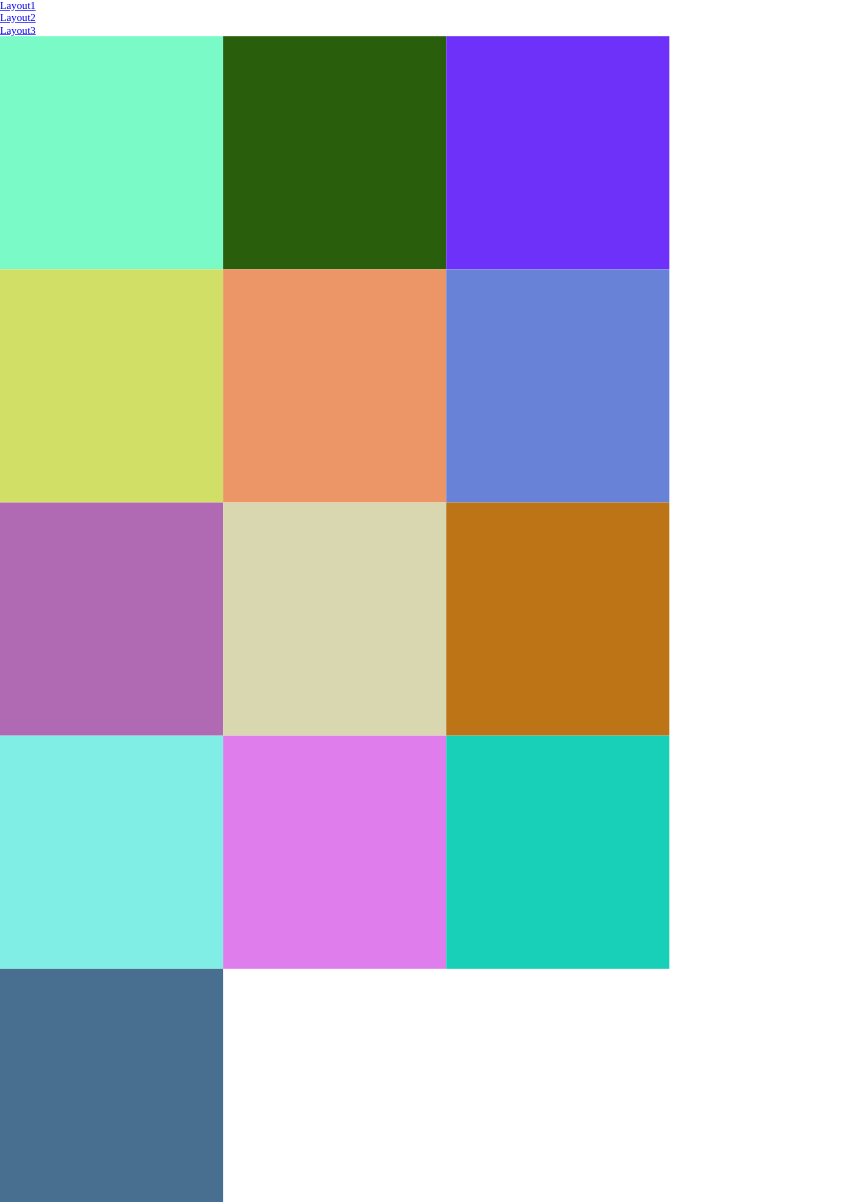
Repository: baliayassin/MyGame
Page: Documents/Aptana Studio 3 Workspace/homeWork2/layOut3.html
The author's editor kept a copy of each file at every save. The page is drawn from the files as they stood at one save, then again after the next save.
The browser window is 1280 px wide. The pictures show the whole page, at 67% of full size.

Above is the page before, as saved 2017-12-13 10:28:33.

### Documents/Aptana Studio 3 Workspace/homeWork2/layOut3.html
<!DOCTYPE html >
<html>



	<head>

		<title> HomeWork2</title>
		<link rel="stylesheet" href="includes/style.css" />

		<meta charset="utf-8" />
	</head>

	<body id="wrapper3">

		<header>
	       <a href="layOut3.html"> </a>
        </header>


<main>
   <nav>
				<ul>
					<li> <a href="index.html">Layout1 </a> </li>
					<li> <a href="layOut2.html">Layout2 </a></li>
					<li><span> <a href="layOut3">Layout3 </a> </span></li>

				</ul>


			</nav>
			<article id="boxes">

				 </article>


		</main>



		<script src="includes/main.js"></script>


	</body>




</html>

### Documents/Aptana Studio 3 Workspace/homeWork2/includes/style.css
*{
	margin:0px;
	padding: 0px;
}

main, nav, aside, footer, section, article, header {
	display:  block;

}

#wrapper {
	margin: 0px auto;
	width: 1000px;
}
#wrapper header{

	height:192px;
	background: #d6d6d6;

}

#wrapper header a{

	width:102px;
	height:102px;
	background-image:url("../images/star.png");
	position:relative;
	display:block;
	margin:0px auto;
	top: 40px;
    background-repeat: no-repeat;


}


#wrapper nav {

	height: 62px;
	background: #337AB7;

}

#wrapper nav ul{

	list-style-type: none;
	text-decoration: none;
	margin-left: 45px;

}

#wrapper nav ul li{

	float:left;

}

#wrapper nav a{

	display: inline-block;
	text-decoration: none;
	color: #ffeedd;
	font-family: Arial;



}

#wrapper nav span a{

	background:#003748;
	margin:10px auto;
	padding:12px 90px;


}
#wrapper nav li > a{

	margin:20px 85px;

}
#wrapper section{
	direction:rtl;
	display: inline-block;
	margin-top: 100px;
	vertical-align: top;


}
#wrapper section article{

	display:block;
	background: #62C462;
	margin-right: 25px;
	margin-left: 32px;
	margin-top: 30px;
}

#wrapper section article:first-child{

	height:121px;
	width:699px;


}
#wrapper section article:nth-child(2){

	height: 200px;
	width: 699px;


}
#wrapper section article:nth-child(3){

	height: 125px;
	width: 186px;


}

#wrapper aside{

	background: #EEEEEE;
	height: 697px;
	width: 240px;
	display: inline-block;

}

#wrapper aside article{

	background: #62C462;
	width:185px;
	height:126px;
	position: relative;
	margin-top: 264px;
	margin-left: 45px;


}

#wrapper footer{

	height:52px;
	background: #D6D6D6;
	margin-top:-4px;

}






/*********************************************************/



#wrapper2 {
	margin: 0px auto;
	width: 1000px;
}
#wrapper2 header{

	height:192px;
	background: #d6d6d6;

}

#wrapper2 header a{

	width:102px;
	height:102px;
	background-image:url("../images/star.png");
	position:relative;
	display:block;
	margin:0px auto;
    top: 40px;
    background-repeat: no-repeat;


}


#wrapper2 nav {

	width:146px;
	height: 759px;
	background: #337AB7;
    float:left;
    display: inline-block;
}




#wrapper2 nav ul {
	list-style-type: none;
}

#wrapper2 nav a{
	display: inline-block;
	text-decoration: none;
	color: #ffeedd;
	font-family: "Arial";
}

#wrapper2 nav li > a{
	margin-top: 6px;
	margin-bottom: 22px;
	margin-left: 6px;
}

#wrapper2 nav span a{
	background-color: #003748;
	padding-top: 18px;
	margin-bottom: 18px;
	padding-bottom: 18px;
	padding-left: 6px;
	width: 140px;
}


#wrapper2 aside{

	float:left;
	background-color: #eeeeee;
	width: 223px;
	height: 759px;
}

#wrapper2 aside article{

	background: #62C462;
	width:77px;
	height:66px;
	position: relative;
	margin-top: 261px;
	margin-left: 11px;


}


#wrapper2 section{

	display: inline-block;
	margin-top: 23px;



}

#wrapper2 section article:first-child{

	background:#62C462;
	margin-left:5px;
	height:508px;
	width:190px;
	float: left;


}

#wrapper2 section article:nth-child(2){

	background:#62C462;
	margin-left:30px;
	height:323px;
	width:190px;
	float:left;

}

#wrapper2 section article:nth-child(3){

	background:#62C462;
	margin-left:30px;
	height:123px;
	width:183px;
	float:left;

}


#wrapper2 section article p{

	background:#62C462;
	margin-left:220px;
	height:400px;
	width:190px;
	margin-top:345px;
	float:left
}


#wrapper2 footer{
	height: 52px;
	width: 1000px;
	position: fixed;
	bottom: 0px;
	background-color: #d6d6d6;


/*******************************************************/
#boxes{
	width:1000px;
	display: inline-block;

}

#wrapper3 {
	margin: 0px auto;
	width: 1000px;
}
#wrapper3 header{

	height:192px;
	background: #d6d6d6;

}

#wrapper3 header a{

	width:102px;
	height:102px;
	background-image:url("../images/star.png");
	position:relative;
	display:block;
	margin:0px auto;
	top: 40px;
    background-repeat: no-repeat;


}


#wrapper3 nav {

	height: 62px;
	background: #337AB7;

}

#wrapper3 nav ul{

	list-style-type: none;
	text-decoration: none;
	margin-left: 45px;

}

#wrapper3 nav ul li{

	float:left;

}

#wrapper3 nav a{

	display: inline-block;
	text-decoration: none;
	color: #ffeedd;
	font-family: Arial;



}

#wrapper3 nav span a{

	background:#003748;
	margin:10px auto;
	padding:12px 90px;


}
#wrapper3 nav li > a{

	margin:20px 85px;

}



.square{


	width: 333px;
	height:348px;
	float:left;

}

### Documents/Aptana Studio 3 Workspace/homeWork2/includes/main.js

var articleObjects=[13];

var star='<img src="images/white_star.png">';
var plus='<img src="images/white_plus.png">';
(function articles(){

	var mainPTR = document.getElementById('boxes');

			for(i=0;i<13;i++){
			    // var  artObj=document.createElement('article');
			     articleObjects[i]=document.createElement('article');

			   //  articleObjects[i].className="square";
			     articleObjects[i].style.background='#'+(0x1000000+(Math.random())*0xffffff).toString(16).substr(1,6);
                 articleObjects[i].style.width = "333px";
                 articleObjects[i].style.height = "348px";
                 articleObjects[i].style.float = "left";
                articleObjects[i].onclick=function(){

                	if(this.innerHTML==star )
                	this.innerHTML="";
                	else
                	    this.innerHTML=star;
                	};
                 document.getElementById('boxes').appendChild(articleObjects[i]);
                // articleObjects[i].addEventListener("click",addOrDeleteStar);

	} //end for


})();




function addOrDeleteStar(){

	var elem = document.createElement("img");
	elem.setAttribute("src", "images/white_star.png");
	document.getElementById("boxes").appendChild(elem);
}

After the next save:
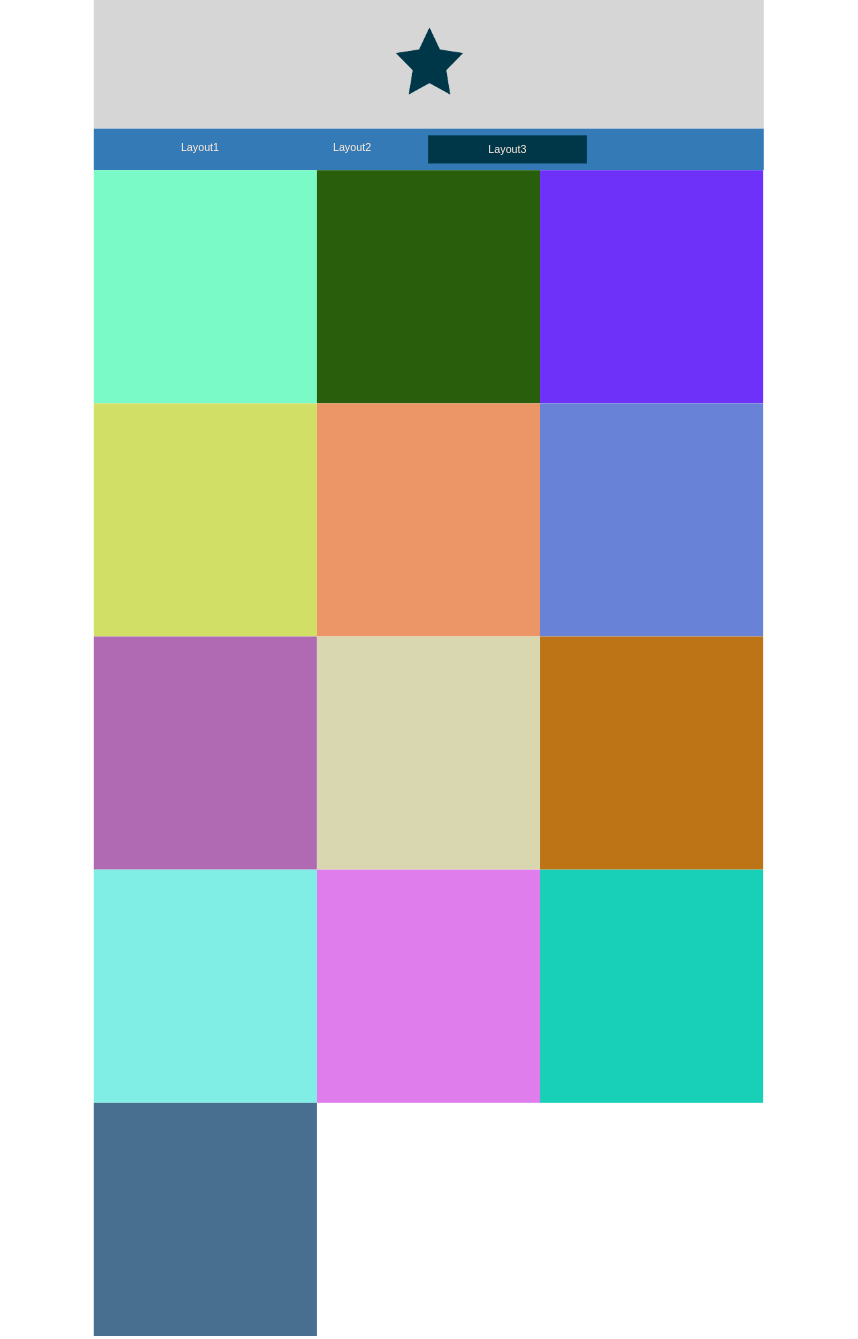
Saved 116 s later.
--- a/Documents/Aptana Studio 3 Workspace/homeWork2/includes/style.css
+++ b/Documents/Aptana Studio 3 Workspace/homeWork2/includes/style.css
@@ -300,7 +300,7 @@ main, nav, aside, footer, section, article, header {
 	position: fixed;
 	bottom: 0px;
 	background-color: #d6d6d6;
-
+}
 
 /*******************************************************/
 #boxes{
@@ -308,6 +308,7 @@ main, nav, aside, footer, section, article, header {
 	display: inline-block;
 
 }
+
 
 #wrapper3 {
 	margin: 0px auto;
